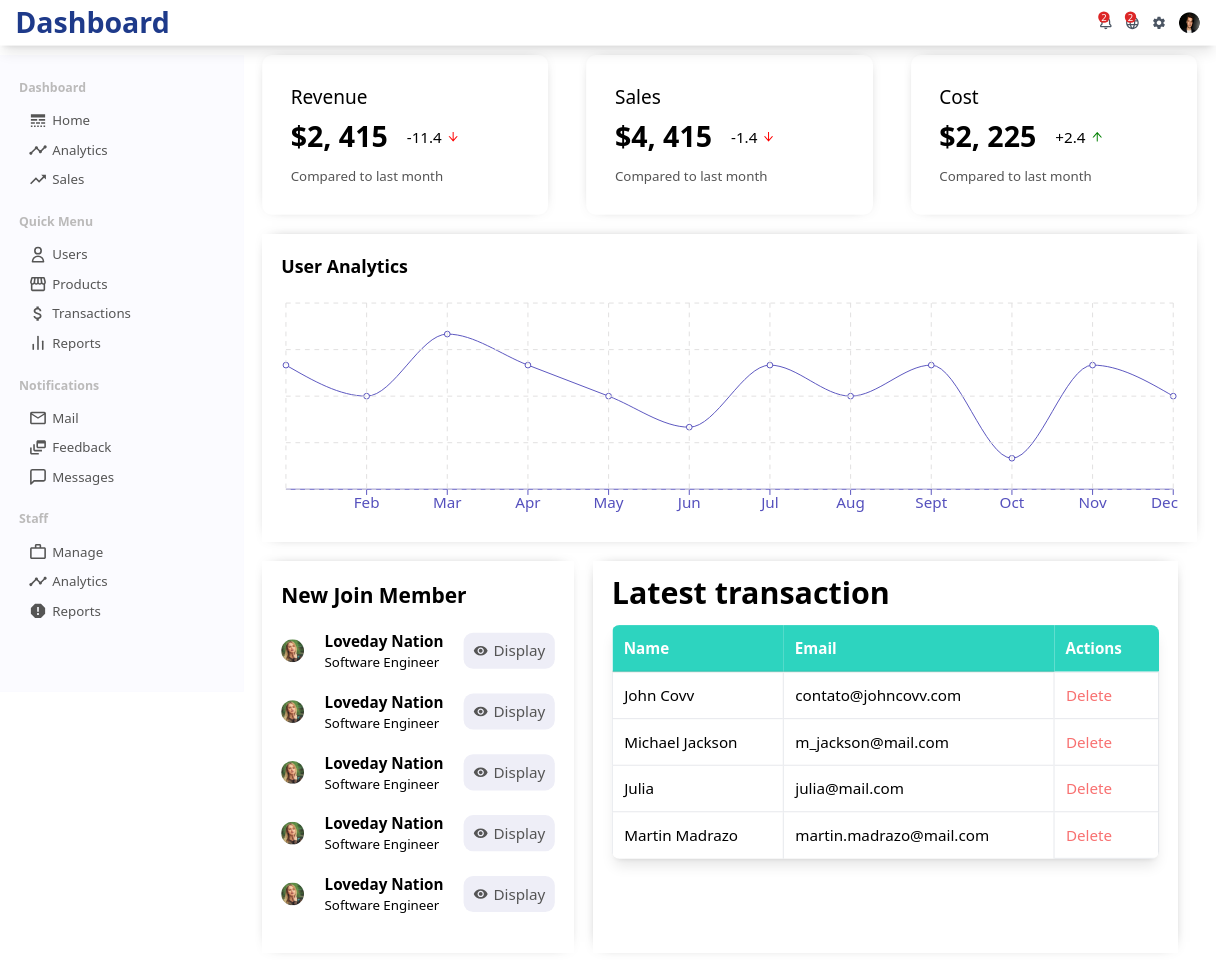
Repository: nation430/React-AdminDashboard
Page: /
These files come from the project's save history. The page is drawn as it stood at one moment and after the next save; the edit follows.
The browser window is 1280 px wide. The pictures show the whole page, at 95% of full size.
The project was rebuilt for these pictures with package versions that can differ from the ones it lists, and the page was loaded fresh each time.

Above is the page before, as saved 2022-08-22 13:34:59.

### public/index.html
<!DOCTYPE html>
<html lang="en">
  <head>
    <meta charset="utf-8" />
    <meta name="viewport" content="width=device-width, initial-scale=1" />
    <meta name="theme-color" content="#000000" />
    <meta
      name="description"
      content="Web site created using create-react-app"
    />
    <link rel="preconnect" href="https://fonts.googleapis.com" />
    <link rel="preconnect" href="https://fonts.gstatic.com" crossorigin />
    <link
      href="https://fonts.googleapis.com/css2?family=Source+Sans+Pro:wght@200;300;400;600;700&display=swap"
      rel="stylesheet"
    />

    <title>React Admin Dashboard</title>
  </head>
  <body>
    <noscript>You need to enable JavaScript to run this app.</noscript>
    <div id="root"></div>
  </body>
</html>

### src/index.css
@tailwind base;
h1 {
  @apply text-2xl;
}
h2 {
  @apply text-xl;
}
h3 {
  @apply text-lg;
}
@tailwind components;
@tailwind utilities;

* {
  margin: 0;
  padding:0;
  box-sizing: border-box;

}

### src/App.js
import Topbar from "./components/topbar/Topbar";
import Sidebar from "./components/sidebar/Sidebar";
import Home from "./pages/home/Home";
import "./app.css";

function App() {
  return (
    <div>
      <Topbar />
      <div className="wrapper flex h-full">
        <Sidebar />
        <Home />
      </div>
    </div>
  );
}

export default App;

### src/components/topbar/Topbar.jsx
import React from "react";
import  "./topbar.css";
import { BiBell } from 'react-icons/bi';
import { MdLanguage, MdSettings  } from "react-icons/md";


export default function Topbar () {
    return(
        <div className="topbar w-full h-12 bg-white sticky top-0 z-50 shadow-lg ">
            <div className="topbarWeapper flex items-center justify-between h-full px-4 py-0">
            <div className="topLeft">
                <span className="logo font-bold text-3xl text-blue-900 cursor-pointer ...">Dashboard</span>
            </div>
            <div className="topRight flex items-center">

                {/* First icon  */}
                <div className="topbarIconsContainer relative cursor-pointer ... ml-3 text-gray-600">
                <BiBell />
                <span className="topIconBadge absolute text-white bg-red-600 right-1 -top-1 flex items-center justify-center rounded-full text-xs h-3 w-3">2</span>
                </div>

                   {/*second icon  */}
                <div className="topbarIconsContainer relative cursor-pointer ... ml-3 text-gray-600">
                <MdLanguage />
                <span className="topIconBadge absolute text-white bg-red-600 right-1 -top-1 flex items-center justify-center rounded-full text-xs h-3 w-3">2</span>
                </div>


                    {/*third icon  */}
                <div className="topbarIconsContainer relative cursor-pointer ... mx-3 text-gray-600">
                < MdSettings  />
                </div>

                <img src="images/img.png" alt="BigCo Inc. logo"  className="topAvater w-6 h-6 rounded-full cursor-pointer ..."/>

            </div>
            </div>
        </div>
    )

}

### src/components/sidebar/Sidebar.jsx
import "./sidebar.css";
import { MdLineStyle, MdOutlineTimeline, MdTrendingUp, MdStorefront, MdAttachMoney, MdOutlineMail, MdDynamicFeed, MdWorkOutline, MdReport} from "react-icons/md";
import { HiOutlineUser} from "react-icons/hi";
import { FiBarChart2, FiMessageSquare} from "react-icons/fi";

export default function sidebar(){
    return(
        <div className="sidebar sticky">
        <div className="sidebarWrapper p-5">
            {/* first sidenavbar */}
            <div className="sidebarMenu mb-2.5">
                <h3 className="sidebarTitle">Dashboard</h3>
                <ul className="sidebarList px-4 py-0">
                    <li className="sidebarListItems flex items-center">
                    <MdLineStyle className="sidebarIcon"/>
                    Home
                    </li>

                    <li className="sidebarListItems flex items-center">
                    <MdOutlineTimeline className="sidebarIcon" />
                    Analytics
                    </li>


                    <li className="sidebarListItems flex items-center">
                    <MdTrendingUp className="sidebarIcon" />
                   Sales
                    </li>
                </ul>
            </div>

            {/* second sidenavbar */}
            <div className="sidebarMenu mb-2.5">
                <h3 className="sidebarTitle">Quick Menu</h3>
                <ul className="sidebarList px-4 py-1">
                    <li className="sidebarListItems flex items-center">
                    <HiOutlineUser className="sidebarIcon" />
                    Users
                    </li>

                    <li className="sidebarListItems flex  items-center" >
                    <MdStorefront className="sidebarIcon" />
                    Products
                    </li>

                    <li className="sidebarListItems flex items-center">
                    <MdAttachMoney className="sidebarIcon" />
                   Transactions
                    </li>


                    <li className="sidebarListItems flex items-center">
                    <FiBarChart2 className="sidebarIcon" />
                   Reports
                    </li>
                </ul>
            </div>

                {/* third sidenavbar */}
                <div className="sidebarMenu mb-2.5">
                <h3 className="sidebarTitle">Notifications</h3>
                <ul className="sidebarList px-4 py-1">
                    <li className="sidebarListItems flex items-center">
                    <MdOutlineMail className="sidebarIcon" />
                    Mail
                    </li>

                    <li className="sidebarListItems flex  items-center" >
                    <MdDynamicFeed className="sidebarIcon" />
                    Feedback
                    </li>

                    <li className="sidebarListItems flex items-center">
                    <FiMessageSquare className="sidebarIcon" />
                   Messages
                    </li>
                </ul>
            </div>

                {/* fourth sidenavbar */}
                <div className="sidebarMenu mb-2.5">
                <h3 className="sidebarTitle">Staff</h3>
                <ul className="sidebarList px-4 py-1">
                    <li className="sidebarListItems flex items-center">
                    <MdWorkOutline className="sidebarIcon" />
                    Manage
                    </li>

                    <li className="sidebarListItems flex  items-center" >
                    <MdOutlineTimeline className="sidebarIcon" />
                    Analytics
                    </li>

                    <li className="sidebarListItems flex items-center">
                    <MdReport className="sidebarIcon" />
                   Reports
                    </li>
                </ul>
            </div>
        </div>
        </div>
    )
}

### src/pages/home/Home.jsx
import "./home.css"
import FeaturedInfo from "../../featuredInfo/featuredInfo"
import Chart from "../../chart/Chart"
import { userData } from "../../dummyData"
import WidgetLg from "../../widgetLg/WidgetLg"
import WidgetSm from "../../widgetSm/WidgetSm"




export default function Home(){
    return (
        <div className="home">
            <FeaturedInfo/>
            <Chart data={userData} dataKey = "Active User" title = "User Analytics" grid/>
            <div className="widget flex m-5">
            <WidgetSm/>
            <WidgetLg/>
            </div>

        </div>
    )
}

### src/app.css

* {
    margin: 0;
    padding:0;
    box-sizing: border-box;

}


h1{
    font-size: 2em ;
    font-weight: bolder;
}

h2{
    font-size: 1.5em ;
    font-weight: bolder;
}

h3{
    font-size: 1.17em ;
    font-weight: bolder;
}

.wrapper{
    margin-top:10px;
}

### src/components/topbar/topbar.css
.text-xs{
    font-size: 10px;
  }

### src/components/sidebar/sidebar.css
.sidebar{
    flex: 1;
    height: calc(100vh - 50px);
    top:50px;
    background:rgb(251, 251, 255);
}

.sidebarWrapper{
    color: #555;
}

.sidebarTitle{
    font-size: 13px;
    color:rgb(187, 186, 186);
}

.sidebarList{
    padding:5px;
    font-size: 14px;;
}


.sidebarListItems {
    padding:5px;
    cursor: pointer;
    border-radius: 10px;
}

.sidebarListItems.active,
.sidebarListItems:hover{
    background:rgb(228, 228, 250);
}

.sidebarIcon{
    margin-right:5px;
    font-size:20px;
}

### src/pages/home/home.css
.home {
    flex:4;

}

### src/featuredInfo/featuredInfo.jsx
import "./featuredInfo.css"
import { AiOutlineArrowDown, AiOutlineArrowUp} from "react-icons/ai";

export default function fearturedInfo(){
    return (
        <div className="featured w-full flex justify-between">
            {/* first feature */}
            <div className="featuredItem">
                <span className="featuredTitle text-xl">Revenue</span>
                <div className="featuredMoneyContainer flex ">
                    <span className="featuredMoney font-semibold text-3xl">$2, 415</span>
                    <span className="featuredMonetRate flex items-center">-11.4
                    <AiOutlineArrowDown className="featuredIcon negative"/>
                    </span>
                </div>
                <span className="featuredSub">Compared to last month</span>
            </div>

            {/* second feature */}
              <div className="featuredItem">
                <span className="featuredTitle text-xl">Sales</span>
                <div className="featuredMoneyContainer flex">
                    <span className="featuredMoney font-semibold text-3xl">$4, 415</span>
                    <span className="featuredMonetRate flex items-center">-1.4
                    <AiOutlineArrowDown className="featuredIcon negative"/>
                    </span>
                </div>
                <span className="featuredSub">Compared to last month</span>
            </div>

            {/* third feature */}
            <div className="featuredItem">
                <span className="featuredTitle text-xl">Cost</span>
                <div className="featuredMoneyContainer flex">
                    <span className="featuredMoney font-semibold text-3xl">$2, 225</span>
                    <span className="featuredMonetRate flex items-center">+2.4
                    <AiOutlineArrowUp className="featuredIcon"/>
                    </span>
                </div>
                <span className="featuredSub">Compared to last month</span>
            </div>
        </div>
    )
}

### src/chart/Chart.jsx
import "./chart.css"
import { LineChart, Line, XAxis, CartesianGrid, Tooltip, ResponsiveContainer } from 'recharts';

export default function Chart({title, data, dataKey, grid}){

    return(
        <div className="chart p-5 m-5">
            <h3 className="chartfile mb-5">{title}</h3>
            <ResponsiveContainer width="100%" aspect={4 / 1}>
        <LineChart data={data}>
          <XAxis dataKey="name" stroke="#5550bd" />
          <Line type="monotone" dataKey={dataKey} stroke="#5550bd" />
          <Tooltip />
     {  grid && <CartesianGrid strokeDasharray="5 5" stroke="#e0dfdf" />}
        </LineChart>
      </ResponsiveContainer>
        </div>
    )
}

### src/dummyData.js
export const userData = [
  {
    name: "Jan",
    "Active User": 4000,
  },
  {
    name: "Feb",
    "Active User": 3000,
  },
  {
    name: "Mar",
    "Active User": 5000,
  },
  {
    name: "Apr",
    "Active User": 4000,
  },
  {
    name: "May",
    "Active User": 3000,
  },
  {
    name: "Jun",
    "Active User": 2000,
  },
  {
    name: "Jul",
    "Active User": 4000,
  },
  {
    name: "Aug",
    "Active User": 3000,
  },
  {
    name: "Sept",
    "Active User": 4000,
  },
  {
    name: "Oct",
    "Active User": 1000,
  },
  {
    name: "Nov",
    "Active User": 4000,
  },
  {
    name: "Dec",
    "Active User": 3000,
  },
];

### src/widgetLg/WidgetLg.jsx
import "./widgetLg.css"

export default function widgetLg(){
    return(
        <div className="widgetLg p-5 mr-5">
            <h3 className="widgetLgTitle font-semibold">Latest transaction</h3>

            <table class="w-full flex flex-row flex-no-wrap sm:bg-white rounded-lg overflow-hidden sm:shadow-lg my-5">
			<thead class="text-white">
				<tr class="bg-teal-400 flex flex-col flex-no wrap sm:table-row rounded-l-lg sm:rounded-none mb-2 sm:mb-0">
					<th class="p-3 text-left">Name</th>
					<th class="p-3 text-left">Email</th>
					<th class="p-3 text-left" width="110px">Actions</th>
				</tr>
				<tr class="bg-teal-400 flex flex-col flex-no wrap sm:table-row rounded-l-lg sm:rounded-none mb-2 sm:mb-0">
					<th class="p-3 text-left">Name</th>
					<th class="p-3 text-left">Email</th>
					<th class="p-3 text-left" width="110px">Actions</th>
				</tr>
                <tr class="bg-teal-400 flex flex-col flex-no wrap sm:table-row rounded-l-lg sm:rounded-none mb-2 sm:mb-0">
                  <th class="p-3 text-left">Name</th>
                  <th class="p-3 text-left">Email</th>
                  <th class="p-3 text-left" width="110px">Actions</th>
              </tr>
                <tr class="bg-teal-400 flex flex-col flex-no wrap sm:table-row rounded-l-lg sm:rounded-none mb-2 sm:mb-0">
                  <th class="p-3 text-left">Name</th>
                  <th class="p-3 text-left">Email</th>
                  <th class="p-3 text-left" width="110px">Actions</th>
              </tr>
			</thead>
			<tbody class="flex-1 sm:flex-none">
				<tr class="flex flex-col flex-no wrap sm:table-row mb-2 sm:mb-0">
					<td class="border-grey-light border hover:bg-gray-100 p-3">John Covv</td>
					<td class="border-grey-light border hover:bg-gray-100 p-3 truncate">contato@johncovv.com</td>
					<td class="border-grey-light border hover:bg-gray-100 p-3 text-red-400 hover:text-red-600 hover:font-medium cursor-pointer">Delete</td>
				</tr>
				<tr class="flex flex-col flex-no wrap sm:table-row mb-2 sm:mb-0">
					<td class="border-grey-light border hover:bg-gray-100 p-3">Michael Jackson</td>
					<td class="border-grey-light border hover:bg-gray-100 p-3 truncate">m_jackson@mail.com</td>
					<td class="border-grey-light border hover:bg-gray-100 p-3 text-red-400 hover:text-red-600 hover:font-medium cursor-pointer">Delete</td>
				</tr>
                <tr class="flex flex-col flex-no wrap sm:table-row mb-2 sm:mb-0">
                    <td class="border-grey-light border hover:bg-gray-100 p-3">Julia</td>
                    <td class="border-grey-light border hover:bg-gray-100 p-3 truncate">julia@mail.com</td>
                    <td class="border-grey-light border hover:bg-gray-100 p-3 text-red-400 hover:text-red-600 hover:font-medium cursor-pointer">Delete</td>
                </tr>
                <tr class="flex flex-col flex-no wrap sm:table-row mb-2 sm:mb-0">
                  <td class="border-grey-light border hover:bg-gray-100 p-3">Martin Madrazo</td>
                  <td class="border-grey-light border hover:bg-gray-100 p-3 truncate">martin.madrazo@mail.com</td>
                  <td class="border-grey-light border hover:bg-gray-100 p-3 text-red-400 hover:text-red-600 hover:font-medium cursor-pointer">Delete</td>
                </tr>
			</tbody>
		</table>
            </div>


    )
}

### src/widgetSm/WidgetSm.jsx
import "./widgetSm.css"
import {MdVisibility  } from "react-icons/md";

export default function widgetSm(){
    return(
        <div className="widgetSm p-5 mr-5">
            <span className="widgetSmTitle font-semibold">New Join Member</span>
            <ul className="widgetSmList m-0 p-0">
                <li className="widgetSmListItem flex items-center justify-between">
                <img src="images/member1.jpg" alt="MemberImg"  className="memberAvater w-6 h-6 rounded-full object-cover"/>
                <div className="widegetSmUser flex flex-col	">
                <span className="widgetSmUsername font-semibold">Loveday Nation</span>
                 <span className="widgetSmUserTitle font-light text-sm">Software Engineer</span>
                </div>
                <button type="button" className="widgetSmButton flex items-center border-none">
               <MdVisibility className="widgetSmIcon text-base"/>
               Display
                </button>
                </li>
            </ul>

            {/* second member */}
            <ul className="widgetSmList m-0 p-0">
                <li className="widgetSmListItem flex items-center justify-between">
                <img src="images/member1.jpg" alt="MemberImg"  className="memberAvater w-6 h-6 rounded-full object-cover"/>
                <div className="widegetSmUser flex flex-col	">
                <span className="widgetSmUsername font-semibold">Loveday Nation</span>
                 <span className="widgetSmUserTitle font-light text-sm">Software Engineer</span>
                </div>
                <button type="button" className="widgetSmButton flex items-center border-none">
               <MdVisibility className="widgetSmIcon text-base"/>
               Display
                </button>
                </li>
            </ul>

            {/* third member */}
            <ul className="widgetSmList m-0 p-0">
                <li className="widgetSmListItem flex items-center justify-between">
                <img src="images/member1.jpg" alt="MemberImg"  className="memberAvater w-6 h-6 rounded-full object-cover"/>
                <div className="widegetSmUser flex flex-col	">
                <span className="widgetSmUsername font-semibold">Loveday Nation</span>
                 <span className="widgetSmUserTitle font-light text-sm">Software Engineer</span>
                </div>
                <button type="button" className="widgetSmButton flex items-center border-none">
               <MdVisibility className="widgetSmIcon text-base"/>
               Display
                </button>
                </li>
            </ul>


            {/* fourth member */}

            <ul className="widgetSmList m-0 p-0">
                <li className="widgetSmListItem flex items-center justify-between">
                <img src="images/member1.jpg" alt="MemberImg"  className="memberAvater w-6 h-6 rounded-full object-cover"/>
                <div className="widegetSmUser flex flex-col	">
                <span className="widgetSmUsername font-semibold">Loveday Nation</span>
                 <span className="widgetSmUserTitle font-light text-sm">Software Engineer</span>
                </div>
                <button type="button" className="widgetSmButton flex items-center border-none">
               <MdVisibility className="widgetSmIcon text-base"/>
               Display
                </button>
                </li>
            </ul>


            {/* fifth member */}

            <ul className="widgetSmList m-0 p-0">
                <li className="widgetSmListItem flex items-center justify-between">
                <img src="images/member1.jpg" alt="MemberImg"  className="memberAvater w-6 h-6 rounded-full object-cover"/>
                <div className="widegetSmUser flex flex-col	">
                <span className="widgetSmUsername font-semibold">Loveday Nation</span>
                 <span className="widgetSmUserTitle font-light text-sm">Software Engineer</span>
                </div>
                <button type="button" className="widgetSmButton flex items-center border-none">
               <MdVisibility className="widgetSmIcon text-base"/>
               Display
                </button>
                </li>
            </ul>
        </div>
    )
}

### src/featuredInfo/featuredInfo.css
.featuredItem{
    flex: 1;
    margin:0px 20px;
    padding:30px;
    border-radius: 10px;
    cursor: pointer;
    box-shadow: 0px 0px 15px -10px rgba(0,0,0,0.75);
-webkit-box-shadow:0px 0px 15px -10px rgba(0,0,0,0.75);
-moz-box-shadow: 0px 0px 15px -10px rgba(0,0,0,0.75);
}

.featuredMoneyContainer{
    margin:10px 0px;
}

.featuredMonetRate{
    margin-left: 20px;

}

.featuredIcon{
    font-size: 14px;
    margin-left:5px;
    color:green;
}

.featuredIcon.negative{
    color:red;
}


.featuredSub{
    font-size: 14px;
    color:#555;
}

### src/chart/chart.css
.chart{
    box-shadow: 0px 0px 15px -10px rgba(0,0,0,0.75);
    -webkit-box-shadow:0px 0px 15px -10px rgba(0,0,0,0.75);
    -moz-box-shadow: 0px 0px 15px -10px rgba(0,0,0,0.75);
}

### src/widgetLg/widgetLg.css
.widgetLg{
    flex: 2;
    box-shadow: 0px 0px 15px -10px rgba(0,0,0,0.75);
    -webkit-box-shadow:0px 0px 15px -10px rgba(0,0,0,0.75);
    -moz-box-shadow: 0px 0px 15px -10px rgba(0,0,0,0.75);

}

.widgetLgTitle {
    font-size: 32px;
}





/* table responsiveness */
@media (min-width: 640px) {
    table {
      display: inline-table !important;
    }

    thead tr:not(:first-child) {
      display: none;
    }
  }

  td:not(:last-child) {
    border-bottom: 0;
  }

  th:not(:last-child) {
    border-bottom: 2px solid rgba(0, 0, 0, .1);
  }

### src/widgetSm/widgetSm.css
.widgetSm{
    flex: 1;
    box-shadow: 0px 0px 15px -10px rgba(0,0,0,0.75);
    -webkit-box-shadow:0px 0px 15px -10px rgba(0,0,0,0.75);
    -moz-box-shadow: 0px 0px 15px -10px rgba(36, 19, 19, 0.75);
}

.widgetSmTitle{
    font-size: 22px;
}

.widgetSmListItem{
    margin: 20px 0px;
}

.widgetSmButton{
    padding:7px 10px;
    background: #eeeef7;
    color:#555;
    border-radius: 10px;
}

.widgetSmIcon {
    margin-right: 5px;
}

Loaded but not shown: src/index.js (common file); tailwind.config.js (common file)

After the next save:
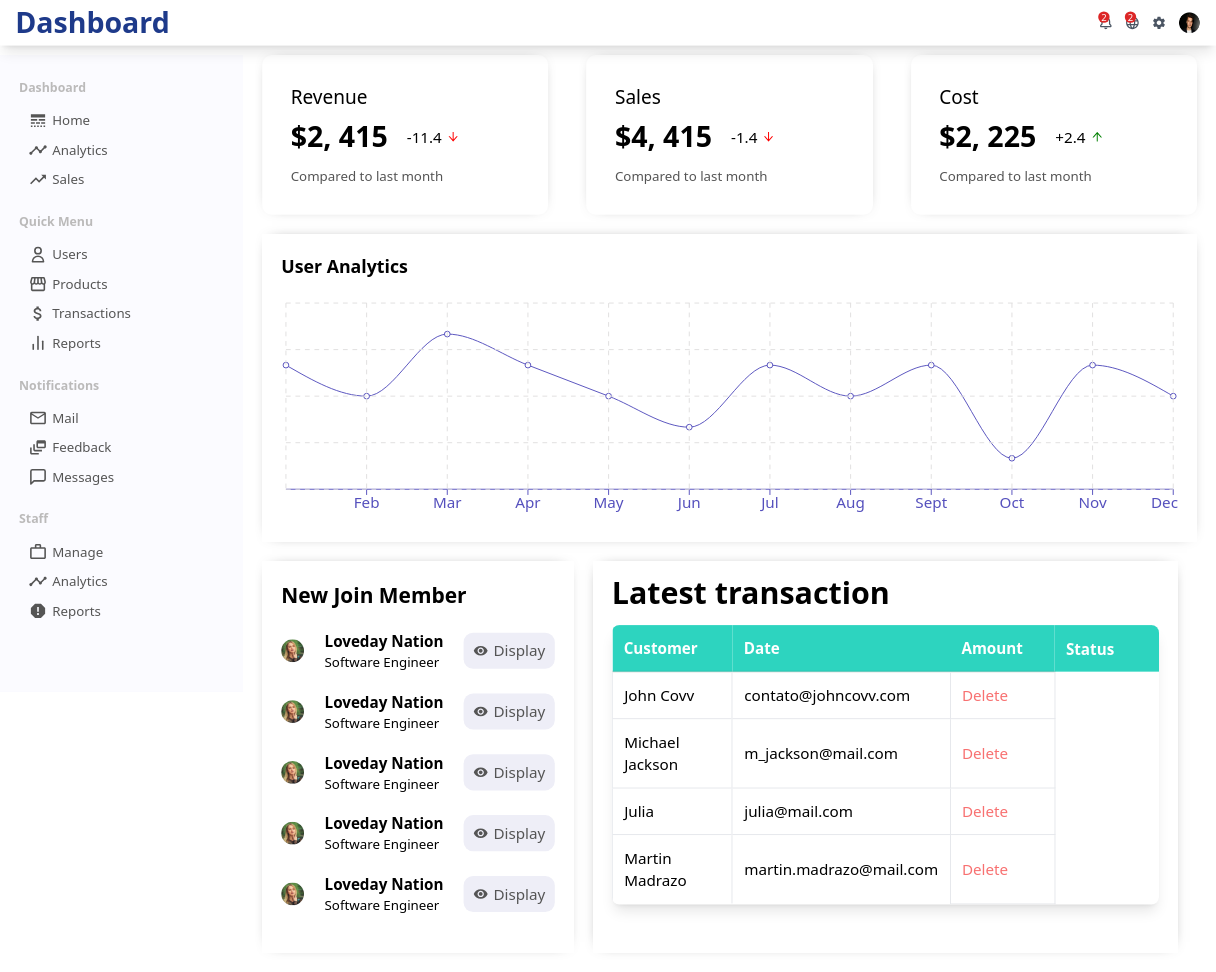
Saved 85 s later.
--- a/src/widgetLg/WidgetLg.jsx
+++ b/src/widgetLg/WidgetLg.jsx
@@ -4,13 +4,14 @@ export default function widgetLg(){
     return(
         <div className="widgetLg p-5 mr-5">
             <h3 className="widgetLgTitle font-semibold">Latest transaction</h3>
-
+            <div className="container">
             <table class="w-full flex flex-row flex-no-wrap sm:bg-white rounded-lg overflow-hidden sm:shadow-lg my-5">
 			<thead class="text-white">
 				<tr class="bg-teal-400 flex flex-col flex-no wrap sm:table-row rounded-l-lg sm:rounded-none mb-2 sm:mb-0">
-					<th class="p-3 text-left">Name</th>
-					<th class="p-3 text-left">Email</th>
-					<th class="p-3 text-left" width="110px">Actions</th>
+					<th class="p-3 text-left">Customer</th>
+					<th class="p-3 text-left">Date</th>
+					<th class="p-3 text-left" width="110px">Amount</th>
+                    <th class="p-3 text-left" width="110px">Status</th>
 				</tr>
 				<tr class="bg-teal-400 flex flex-col flex-no wrap sm:table-row rounded-l-lg sm:rounded-none mb-2 sm:mb-0">
 					<th class="p-3 text-left">Name</th>
@@ -53,6 +54,6 @@ export default function widgetLg(){
 		</table>
             </div>
 
-
+        </div>
     )
 }
